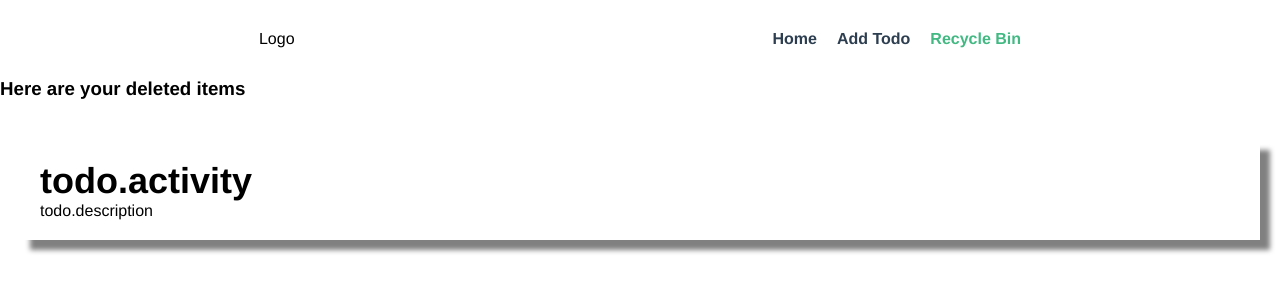
Repository: adisamicheal/academy-vuex-todo
Page: /recycle-bin
These files come from the project's save history. The page is drawn as it stood at one moment and after the next save; the edit follows.
The browser window is 1280 px wide. The pictures show the whole page.
The project was rebuilt for these pictures with package versions that can differ from the ones it lists, and the page was loaded fresh each time.

Above is the page before, as saved 2021-11-01 13:12:04.

### src/App.vue
<template>
  <div id="app">
    <div id="nav">
      <Navigation />
    </div>
    <router-view/>
  </div>
</template>

<script>
import Navigation from '@/components/Navigation.vue'

export default {
  components: {
    Navigation
  }
}
</script>

<style>
* {
  margin: 0;
  padding: 0;
  box-sizing: border-box;
}
#app {
  font-family: Avenir, Helvetica, Arial, sans-serif;
  -webkit-font-smoothing: antialiased;
  -moz-osx-font-smoothing: grayscale;
}

#nav {
  padding: 30px;
}

#nav a {
  font-weight: bold;
  color: #2c3e50;
}

#nav a.router-link-exact-active {
  color: #42b983;
}
</style>

### src/router/index.js
import Vue from 'vue'
import VueRouter from 'vue-router'
import Home from '../views/Home.vue'

Vue.use(VueRouter)

const routes = [
  {
    path: '/',
    name: 'Home',
    component: Home
  },
  {
    path: '/about',
    name: 'About',
    // route level code-splitting
    // this generates a separate chunk (about.[hash].js) for this route
    // which is lazy-loaded when the route is visited.
    component: () => import(/* webpackChunkName: "about" */ '../views/About.vue')
  },
  {
    path: '/add-todo',
    name: 'AddTodo',
    component: () => import(/* webpackChunkName: "about" */ '../views/AddTodo.vue')
  },
  {
    path: '/recycle-bin',
    name: 'RecycleBin',
    component: () => import('../views/RecycleBin.vue')
  }
]

const router = new VueRouter({
  mode: 'history',
  base: process.env.BASE_URL,
  routes
})

export default router

### src/store/index.js
import Vue from 'vue'
import Vuex from 'vuex'

Vue.use(Vuex)

export default new Vuex.Store({
  state: {
    todoItems: [],
    currentId: 0,
    deletedTodoItems: []
  },
  getters: {
    getTodoItems: state => state.todoItems,
    getCurrentId: state => state.currentId,
    getDeletedTodoItems: state => state.deletedTodoItems,
    getTodoById: (state) =>(id) => {
      return state.todoItems.find(item => item.id === id)
    }
  },
  mutations: {
    updateTodoItems: (state, payload) => { state.todoItems.push(payload)},
    updateCurrentId: (state) => state.currentId,
    updateDeletedTodoItems: (state, payload) => { state.deletedTodoItems.push(payload)}
  },
  actions: {
    addTodoItem(context, payload) {
      const currentId = context.state.currentId
      const data = {
        ...payload,
        id: currentId + 1,
      }
      context.commit('updateTodoItems', data)
      context.commit('updateCurrentId')
    },
    deleteTodoItem(context, payload) {
      const currentTodo = context.getters.getTodoById(payload)
      context.commit('updateDeletedTodoItems', currentTodo)
    }
  },
  modules: {
  }
})

### src/components/Navigation.vue
<template>
  <nav>
      <div class="logo">
          Logo
      </div>
      <div>
          <ul>
              <li><router-link to="/">Home</router-link> </li>
              <li><router-link to="/add-todo">Add Todo</router-link> </li>
              <li><router-link to="/recycle-bin">Recycle Bin</router-link> </li>
              <!-- <li><router-link to="/">Home</router-link> </li> -->
          </ul>
      </div>
  </nav>
</template>

<script>
export default {

}
</script>

<style scoped>
nav {
    display: flex;
    align-items: center;
    justify-content: space-around;
}
ul {
    list-style: none;
    display: flex;
    align-items: center;
}
ul li {
    margin-left: 20px;
}
ul li a {
    text-decoration: none;
}
</style>

### src/views/Home.vue
<template>
  <div class="home">
    <div class="heading">
      <h3>A TODO App</h3>
      <p>Here are some of my todo list ...</p>
    </div>
    <div class="todo">
      <div class="todo-card" v-for="todo in getTodoItems" :key="todo.id">
        <h5 class="card-title">{{ todo.activity }}</h5>
        <p class="card-description">{{ todo.description }}</p>
      </div>
    </div>
  </div>
</template>

<script>
// @ is an alias to /src
import { mapGetters } from 'vuex';

export default {
  name: 'Home',
  dat() {
    return {
      todoItem: {}
    }
  },
  components: {
  },
  computed: {
    ...mapGetters(['getTodoItems'])
  }
}
</script>

<style scoped>
h3 {
  text-align: center;
  padding: 50px 0;
}
</style>

<style>
.todo {
  padding: 20px;
}
.todo-card {
  box-shadow: 10px 10px 5px 0px rgb(128, 128, 128);
  -webkit-box-shadow: 10px 10px 5px 0px rgb(128, 128, 128);
  -moz-box-shadow: 10px 10px 5px 0px rgb(128, 128, 128);
  padding: 20px;
  margin: 20px 0;
}
.card-title {
  font-size: 36px;
}
</style>

### src/views/RecycleBin.vue
<template>
  <div>
    <h3>Here are your deleted items</h3>
    <div class="todo">
    <div class="todo-card">
        <h5 class="card-title"> todo.activity </h5>
        <p class="card-description">todo.description</p>
    </div>
    </div>
  </div>
</template>

<script>

export default {
    name: 'RecycleBin',

}
</script>

<style>

</style>

Loaded but not shown: public/index.html (common file); src/main.js (common file)

After the next save:
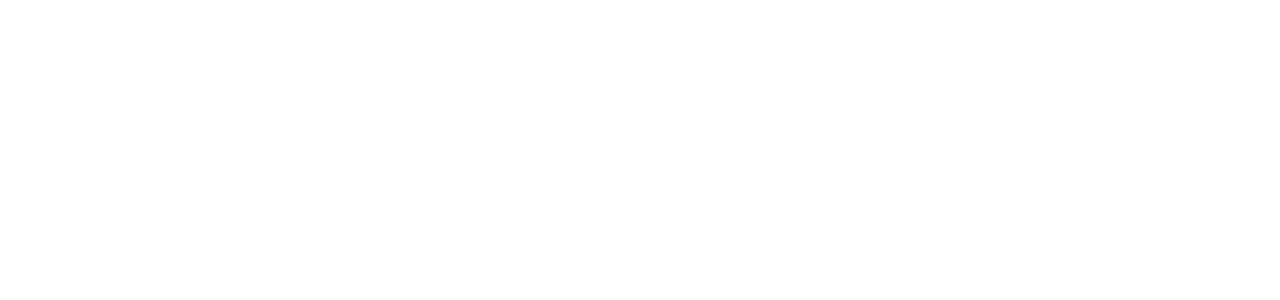
Console error: ReferenceError: mapActions is not defined
Saved 99 s later.
--- a/src/views/Home.vue
+++ b/src/views/Home.vue
@@ -8,6 +8,7 @@
       <div class="todo-card" v-for="todo in getTodoItems" :key="todo.id">
         <h5 class="card-title">{{ todo.activity }}</h5>
         <p class="card-description">{{ todo.description }}</p>
+        <button @click="deleteTodo">Delete</button>
       </div>
     </div>
   </div>
@@ -28,6 +29,14 @@
   },
   computed: {
     ...mapGetters(['getTodoItems'])
+  },
+  methods: {
+    methods: {
+      ...mapActions(['deleteTodoItem']),
+      deleteTodo() {
+        this.deleteTodoItem(todo.id)
+      }
+    }
   }
 }
 </script>

After the save that followed:
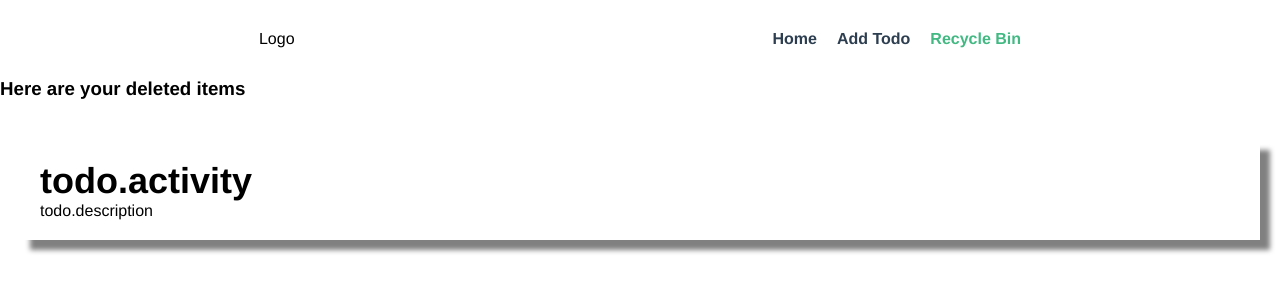
The error is gone.
Saved 11 s later.
--- a/src/views/Home.vue
+++ b/src/views/Home.vue
@@ -16,7 +16,7 @@
 
 <script>
 // @ is an alias to /src
-import { mapGetters } from 'vuex';
+import { mapGetters, mapActions } from 'vuex';
 
 export default {
   name: 'Home',
